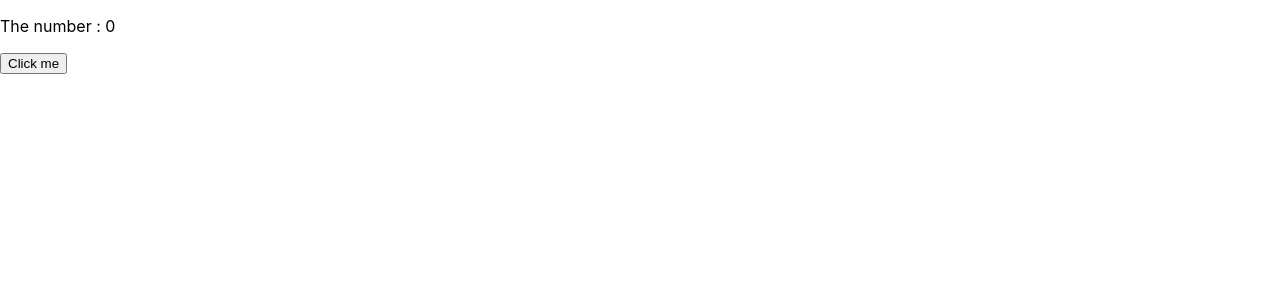
Repository: dung8466/learn-react
Page: / (app in react-state/)
The author's editor kept a copy of each file at every save. The page is drawn from the files as they stood at one save, then again after the next save.
The browser window is 1280 px wide. The pictures show the whole page.
The project was rebuilt for these pictures with package versions that can differ from the ones it lists, and the page was loaded fresh each time. Also part of the build but not shown: react-state/src/App.css, react-state/src/Button.css.

Above is the page before, as saved 2022-09-16 22:05:29.

### react-state/src/App.js
import React, {Component} from "react";
import './App.css';
import Button from "./Button";

class App extends Component {
  render(){
    return (
      <Button />
    );
  }
}

export default App;

### react-state/src/Button.js
import React, {Component} from "react";
import './Button.css'
class Button extends Component{
    constructor(props){
        super(props);
        this.state = {number : 0}
        this.handleClick = this.handleClick.bind(this);
    };
    handleClick(e){
        this.setState({number : (Math.floor(Math.random() *10))});
    };
    render(){
        return(
            <div className="Container">
                <p className="num">The number : {this.state.number}</p>
                <button onClick={this.handleClick}> Click me </button>
            </div>
        );
    }
}

export default Button;

Loaded but not shown: react-state/public/index.html (common file); react-state/src/index.js (common file); react-state/src/index.css (common file)

After the next save:
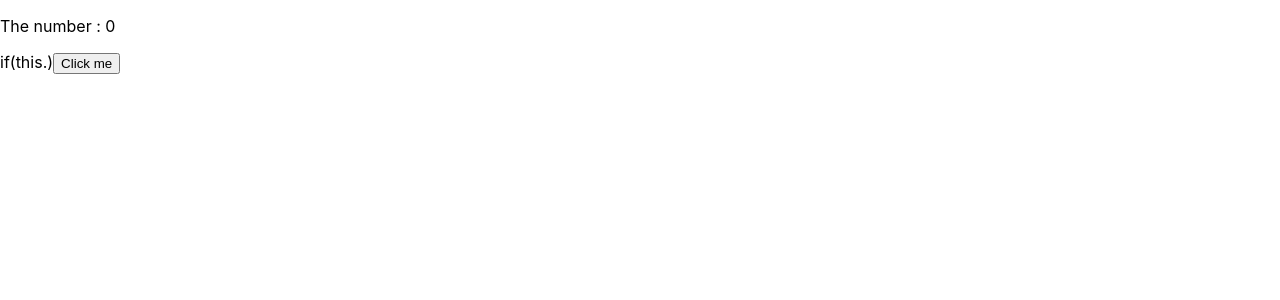
Saved 2 min 25 s later.
--- a/react-state/src/Button.js
+++ b/react-state/src/Button.js
@@ -13,6 +13,7 @@
         return(
             <div className="Container">
                 <p className="num">The number : {this.state.number}</p>
+                if(this.)
                 <button onClick={this.handleClick}> Click me </button>
             </div>
         );

After the 2 saves that followed:
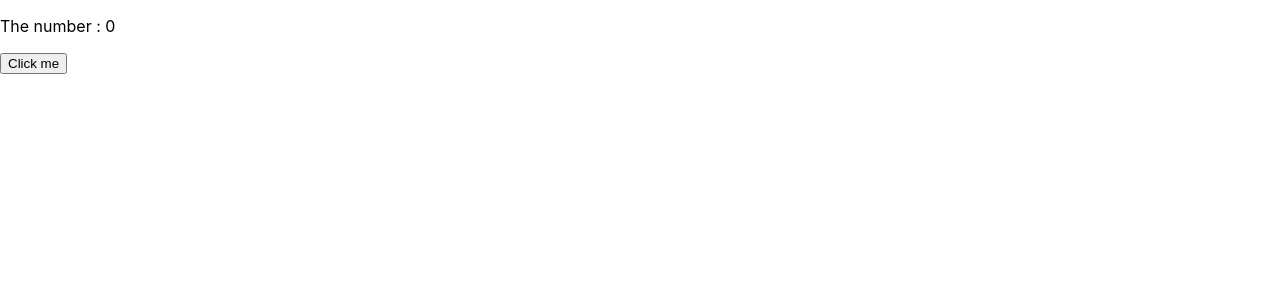
The 2 saves are shown as one change because 1 did not build or start.
The last was saved 82 s later.
--- a/react-state/src/Button.js
+++ b/react-state/src/Button.js
@@ -13,7 +13,6 @@
         return(
             <div className="Container">
                 <p className="num">The number : {this.state.number}</p>
-                if(this.)
                 <button onClick={this.handleClick}> Click me </button>
             </div>
         );
